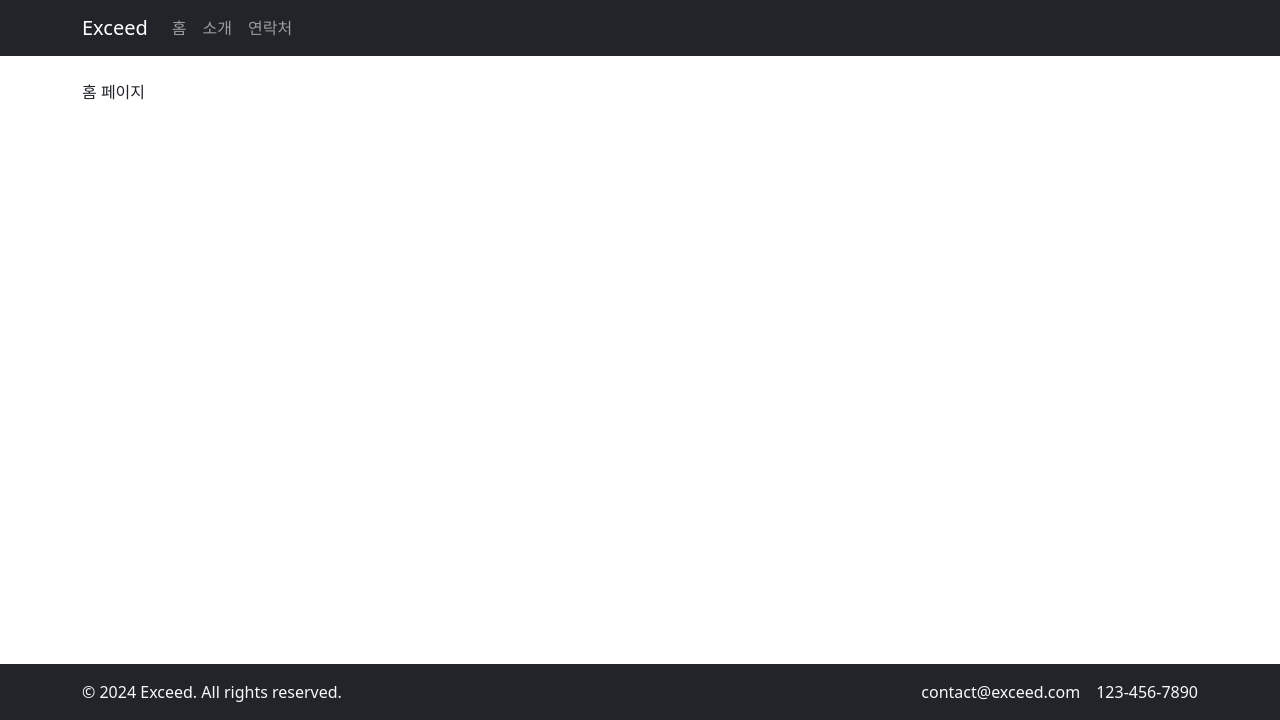
Repository: somej-123/exceed
Page: /
The author's editor kept a copy of each file at every save. The page is drawn from the files as they stood at one save, then again after the next save.
The browser window is 1280 px wide. The pictures show the whole page.
The project was rebuilt for these pictures with package versions that can differ from the ones it lists, and the page was loaded fresh each time. Also part of the build but not shown: vite.config.ts.

Above is the page before, as saved 2025-03-23 18:38:13.

### src/App.tsx
import { BrowserRouter as Router, Routes, Route } from 'react-router-dom';
import Layout from './components/Layout';
import 'bootstrap/dist/css/bootstrap.min.css';

function App() {
  return (
    <Router>
      <Routes>
        <Route path="/" element={<Layout />}>
          <Route index element={<div>홈 페이지</div>} />
          <Route path="about" element={<div>소개 페이지</div>} />
          <Route path="contact" element={<div>연락처 페이지</div>} />
        </Route>
      </Routes>
    </Router>
  );
}

export default App;

### src/components/Layout.tsx
import { Container } from 'react-bootstrap';
import Header from './Header';
import Footer from './Footer';
import { Outlet } from 'react-router-dom';

const Layout = () => {
  return (
    <div className="d-flex flex-column min-vh-100">
      <Header />
      <Container className="flex-grow-1 py-4">
        <Outlet />
      </Container>
      <Footer />
    </div>
  );
};

export default Layout;

### src/components/Header.tsx
import { Navbar, Nav, Container } from 'react-bootstrap';
import { Link } from 'react-router-dom';

const Header = () => {
  return (
    <Navbar bg="dark" variant="dark" expand="lg">
      <Container>
        <Navbar.Brand as={Link} to="/">Exceed</Navbar.Brand>
        <Navbar.Toggle aria-controls="basic-navbar-nav" />
        <Navbar.Collapse id="basic-navbar-nav">
          <Nav className="me-auto">
            <Nav.Link as={Link} to="/">홈</Nav.Link>
            <Nav.Link as={Link} to="/about">소개</Nav.Link>
            <Nav.Link as={Link} to="/contact">연락처</Nav.Link>
          </Nav>
        </Navbar.Collapse>
      </Container>
    </Navbar>
  );
};

export default Header;

### src/components/Footer.tsx
import { Container, Row, Col } from 'react-bootstrap';

const Footer = () => {
  return (
    <footer className="bg-dark text-light py-3 mt-auto">
      <Container>
        <Row className="align-items-center">
          <Col md={6} className="text-center text-md-start">
            <p className="mb-0">&copy; 2024 Exceed. All rights reserved.</p>
          </Col>
          <Col md={6} className="text-center text-md-end">
            <a href="mailto:contact@exceed.com" className="text-light text-decoration-none me-3">
              contact@exceed.com
            </a>
            <a href="tel:123-456-7890" className="text-light text-decoration-none">
              123-456-7890
            </a>
          </Col>
        </Row>
      </Container>
    </footer>
  );
};

export default Footer;

Loaded but not shown: index.html (common file); src/main.tsx (common file)

After the next save:
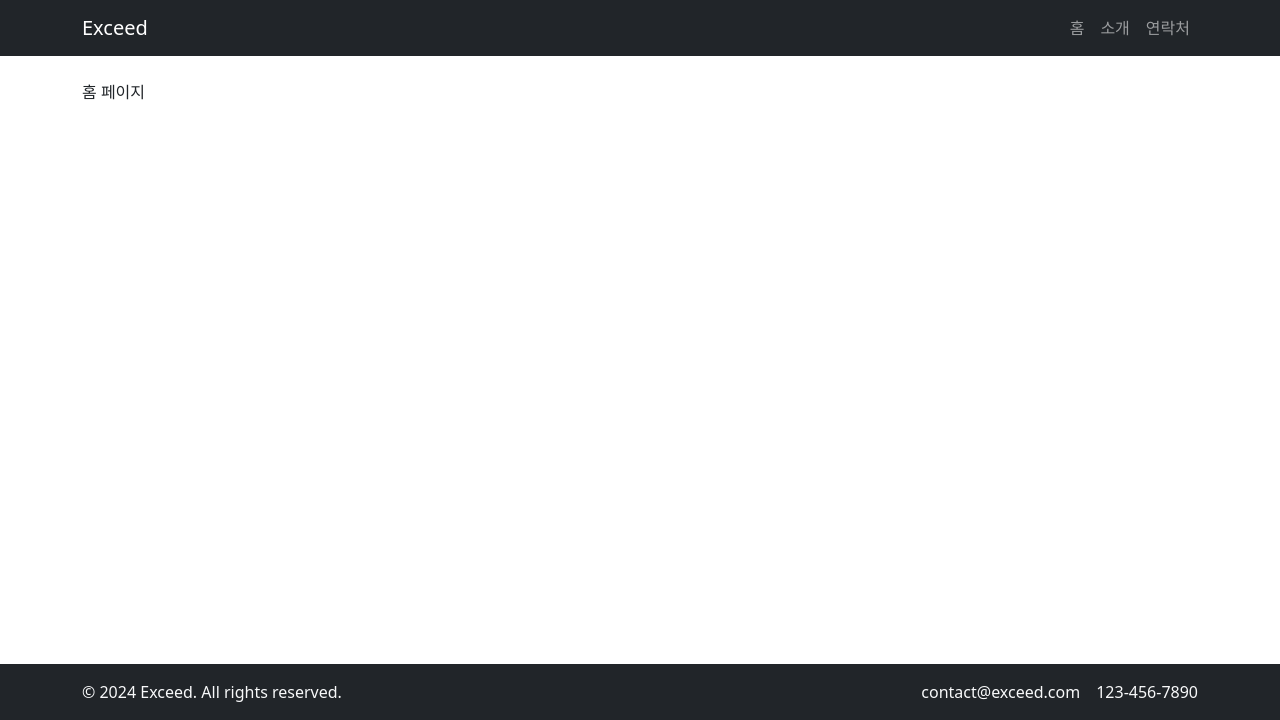
Saved 15 s later.
--- a/src/components/Header.tsx
+++ b/src/components/Header.tsx
@@ -8,7 +8,7 @@ const Header = () => {
         <Navbar.Brand as={Link} to="/">Exceed</Navbar.Brand>
         <Navbar.Toggle aria-controls="basic-navbar-nav" />
         <Navbar.Collapse id="basic-navbar-nav">
-          <Nav className="me-auto">
+          <Nav className="ms-auto">
             <Nav.Link as={Link} to="/">홈</Nav.Link>
             <Nav.Link as={Link} to="/about">소개</Nav.Link>
             <Nav.Link as={Link} to="/contact">연락처</Nav.Link>
